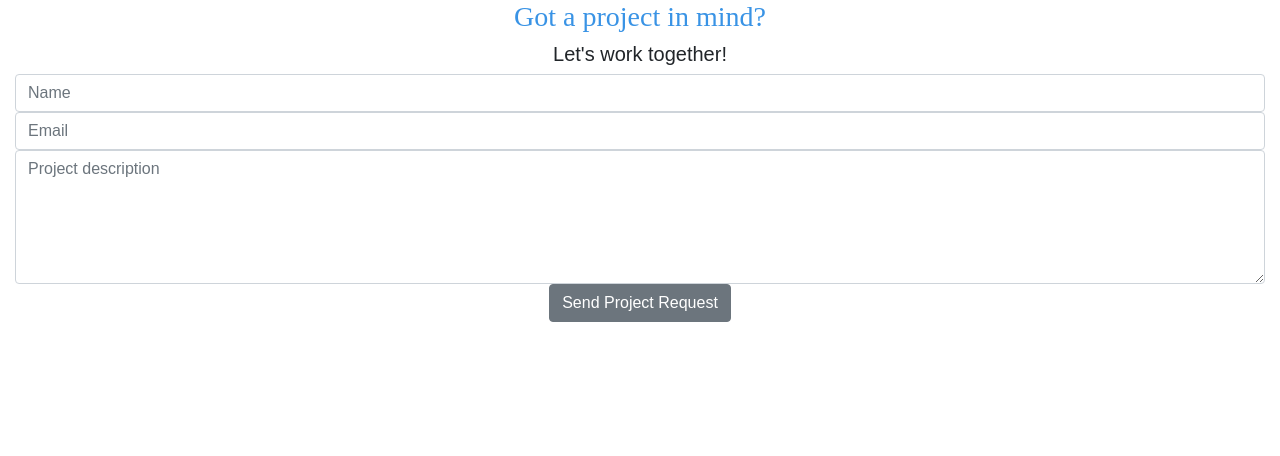
Repository: Skillabill/pale_blue_moon
Page: contact.html
The author's editor kept a record of every edit. The page is drawn from the files as they stood at one moment, then again after the next edit.
The browser window is 1280 px wide. The pictures show the whole page.
Some web fonts or font styles are not loaded; a fallback is used. Some web libraries are served in a nearby version.

Above is the page before.
Console error: ReferenceError: emailjs is not defined

### contact.html
<!DOCTYPE html>
<html lang="en">

<head>
    <meta charset="UTF-8">
    <meta name="viewport" content="width=device-width, initial-scale=1.0">
    <meta http-equiv="X-UA-Compatible" content="ie=edge">
    <link rel="stylesheet" href="https://maxcdn.bootstrapcdn.com/bootstrap/4.2.1/css/bootstrap.min.css" type="text/css" />
    <link rel="stylesheet" href="https://maxcdn.bootstrapcdn.com/font-awesome/4.7.0/css/font-awesome.min.css" type="text/css" />
    <link rel="stylesheet" href="https://cdnjs.cloudflare.com/ajax/libs/hover.css/2.1.1/css/hover-min.css" type="text/css" />
    <link rel="stylesheet" href="assets/css/style.css">
    <title>Rosie</title>

    <script type="text/javascript" src="https://cdn.jsdelivr.net/npm/emailjs-com@2.3.2/dist/email.min.js"></script>
    <script type="text/javascript">
        (function() {
            emailjs.init("user_7mTllxTSenOQsUzbhEWF3");
        })();
    </script>
</head>

<body>

    <section class="container-fluid">
        <div class="row bg-color-contact">
            <div class="col">
                <h3 class="contact-heading uppercase text-center">Got a project in mind?</h3>
                <h5 class="uppercase text-center">Let's work together!</h5>

                <div class="center-form">
                    <form onsubmit="return sendMail(this);" method="POST">
                        <input type="text" name="name" id="fullname" class="form-control" placeholder="Name" required />
                        <input type="email" name="email" id="emailaddress" class="form-control" placeholder="Email" required />
                        <textarea rows="5" name="projectsummary" id="projectsummary" class="form-control" placeholder="Project description" required></textarea>
                        <div class="form-row text-center">
                            <div class="col">
                                <button type="submit" class="btn btn-secondary">Send Project Request</button>
                            </div>
                        </div>
                    </form>
                </div>

            </div>
        </div>


    </footer>
    <script src="assets/js/sendEmail.js"></script>
</body>

</html>

### assets/css/style.css
@import url('https://fonts.googleapis.com/css?family=font-family:Luckiest Guy:100,200,300,400,500,600,700|Exo:100,200,300,400,500,600,700');

html,
body {
    height: 100%;
    width: 100%;
    font-family: 'Luckiest Guy', sans-serif;
}

.container,
.container-fluid,
.row {
    margin: 0;
    padding: 0;
}

p {
    margin: auto;
    padding: 20px;
}

/*---------------- NAV ------------------*/

.navbar {
    padding: .8rem;
}

.navbar-nav li {
    padding-right: 20px;
}

.nav-link {
    font-size: 1.1em;

}

.btn-link {
    background-color: transparent;
    border: none;
}

.pbm {
    font-family: 'Special Elite', cursive;
    color: #3993E5;
    font-size: 40px;
}

/*------------- MAIN PIC ------------------*/

.main-pic {
    width: 100%;
}

.main-pic-bg {
    background-color: #000;
}

/*-------------Live Page --------------*/



/*--------------Photos ----------------------*/
.table-photos{
    width: 100%;
}
tr td {
    height: 40px;
    width: 20px;
}

/*------------- SONGS -----------------------*/

.songs {
    background-color: #D5DBDB;
}

controls {
    background-color: #27AE60;
}



/*-------------Meet the Band------------------*/

.band-bg {
    background-color: #000;
    color: #3993E5;
    font-family: 'Special Elite', cursive;
}

.band-bg-1 {
    background-color: #000;
    color: #000;
}

/*----------- VIDEO -------------------*/

.video {
    background-color: #000;
    color: #3993E5;
}

h2,
h3 {
    font-family: 'Special Elite', cursive;
    color: #3993E5;
}

/*----------- CONNECT -------------------*/

.social a {
    font-size: 4.5em;
    padding: 3rem;
}

.fa-facebook {
    color: #3b5998;
}

.fa-twitter {
    color: #00aced;
}

.fa-instagram {
    color: #517fa8;
}

.fa-youtube {
    color: #bb0000;
}

.fa-facebook:hover,
.fa-twitter:hover,
.fa-instagram:hover,
.fa-youtube:hover {
    color: #d5d5d5;
}

.connect {
    background-color: #EAEDED;
}

/*------------ FOOTER ------------------*/

footer {
    background-color: #3f3f3f;
    color: #d5d5d5;
    padding-top: 2rem;
}

hr.light {
    border-top: 1px solid #d5d5d5;
    width: 75%;
    margin-top: .8rem;
    margin-bottom: 1rem;
}

hr.light-100 {
    border-top: 1px solid #d5d5d5;
    width: 100%;
    margin-top: .8rem;
    margin-bottom: 1rem;
}

/*-------------LIVE-----------------*/

.live-img {
    margin: 0;
    padding: 0;
    width: 100%;
    height: 100%;
}

/*-----Media Queries ------*/

@media (max-width: 992px) {
    .social a {
        font-size: 4em;
        padding: 2rem;
    }
}

@media (max-width: 768px) {

    .display-4 {
        font-size: 200%;
    }
    .social a {
        font-size: 2.5em;
        padding: 1.2rem;
    }
    .video {
        width: 480px;
    }
}

@media (max-width: 576px) {

    .display-4 {
        font-size: 160%;
    }
    .social a {
        font-size: 2em;
        padding: .7rem;
    }
    .video {
        width: 380px;
    }
}

### assets/js/sendEmail.js
    function sendMail(contactForm) {
        emailjs.send("gmail", "pale_blue_moon", {
                "from_name": contactForm.name.value,
                "from_email": contactForm.emailaddress.value,
                "project_request": contactForm.projectsummary.value
            })
            .then(
                function(response) {
                    console.log("SUCCESS", response);
                },
                function(error) {
                    console.log("FAILED", error);
                }
            );
        return false; // To block from loading a new page
    }

After the next edit:
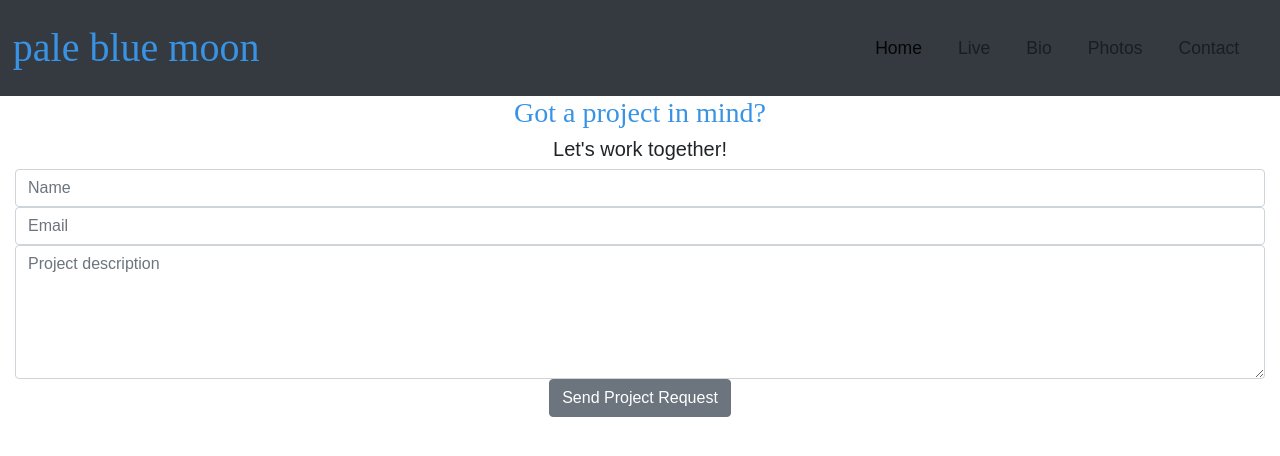
The edit:
--- a/contact.html
+++ b/contact.html
@@ -21,6 +21,36 @@
 
 <body>
 
+    <nav class="navbar navbar-expand-md navbar-light bg-dark sticky-top">
+        <div class="container-fluid">
+            <a class="navbar-brand" href="index.html">
+			    <span class="pbm">pale blue moon</span>
+			</a>
+            <button class="navbar-toggler" type="button" data-toggle="collapse" data-target="#navbarResponsive">
+				<span class="navbar-toggler-icon"></span>
+			</button>
+            <div class="collapse navbar-collapse" id="navbarResponsive">
+                <ul class="navbar-nav ml-auto">
+                    <li class="nav-item active">
+                        <a class="nav-link" href="index.html">Home</a>
+                    </li>
+                    <li class="nav-item">
+                        <a class="nav-link" href="live.html">Live</a>
+                    </li>
+                    <li class="nav-item">
+                        <a class="nav-link" href="bio.html">Bio</a>
+                    </li>
+                    <li class="nav-item">
+                        <a class="nav-link" href="photos.html">Photos</a>
+                    </li>
+                    <li class="nav-item">
+                        <a class="nav-link" href="contact.html">Contact</a>
+                    </li>
+
+                </ul>
+            </div>
+        </div>
+    </nav>
     <section class="container-fluid">
         <div class="row bg-color-contact">
             <div class="col">
